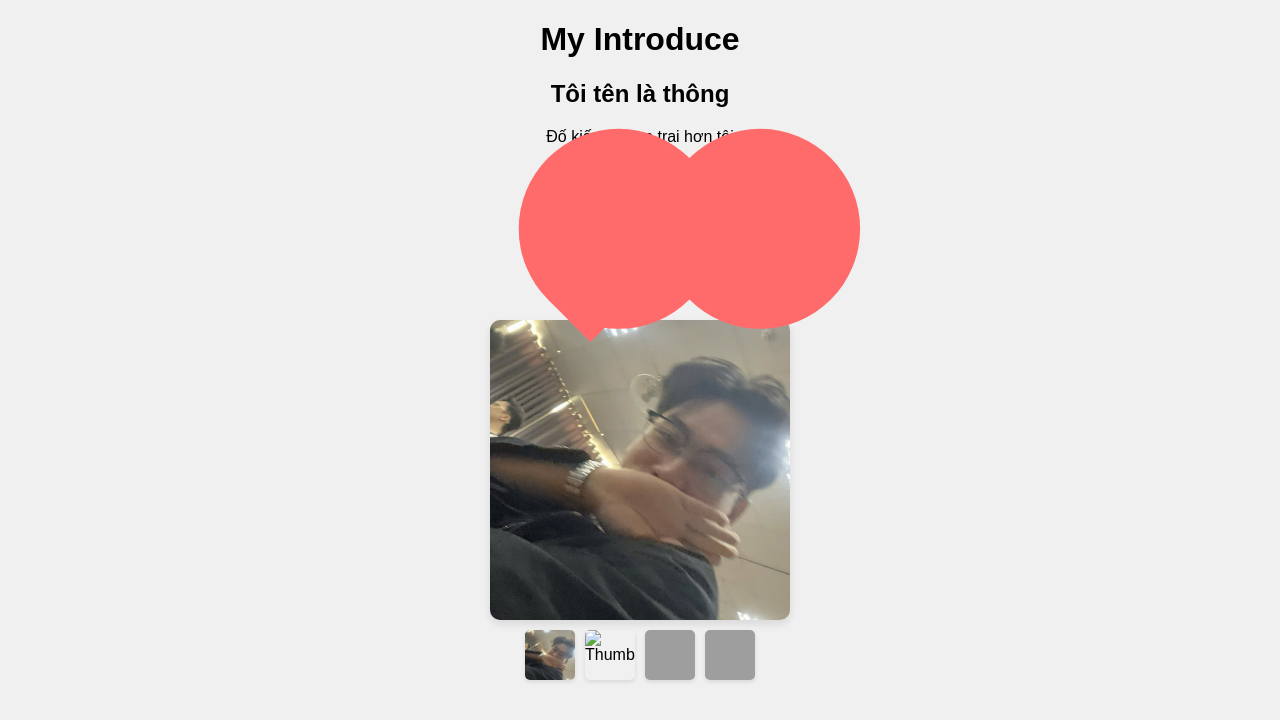
Repository: Thonghehe/profile
Page: index.html
The author's editor kept a copy of each file at every save. The page is drawn from the files as they stood at one save, then again after the next save.
The browser window is 1280 px wide. The pictures show the whole page.
Pictures or frames that could not be fetched are drawn as grey boxes.

Above is the page before, as saved 2024-11-15 13:45:41.
Not found: image2.jpg

After the next save:
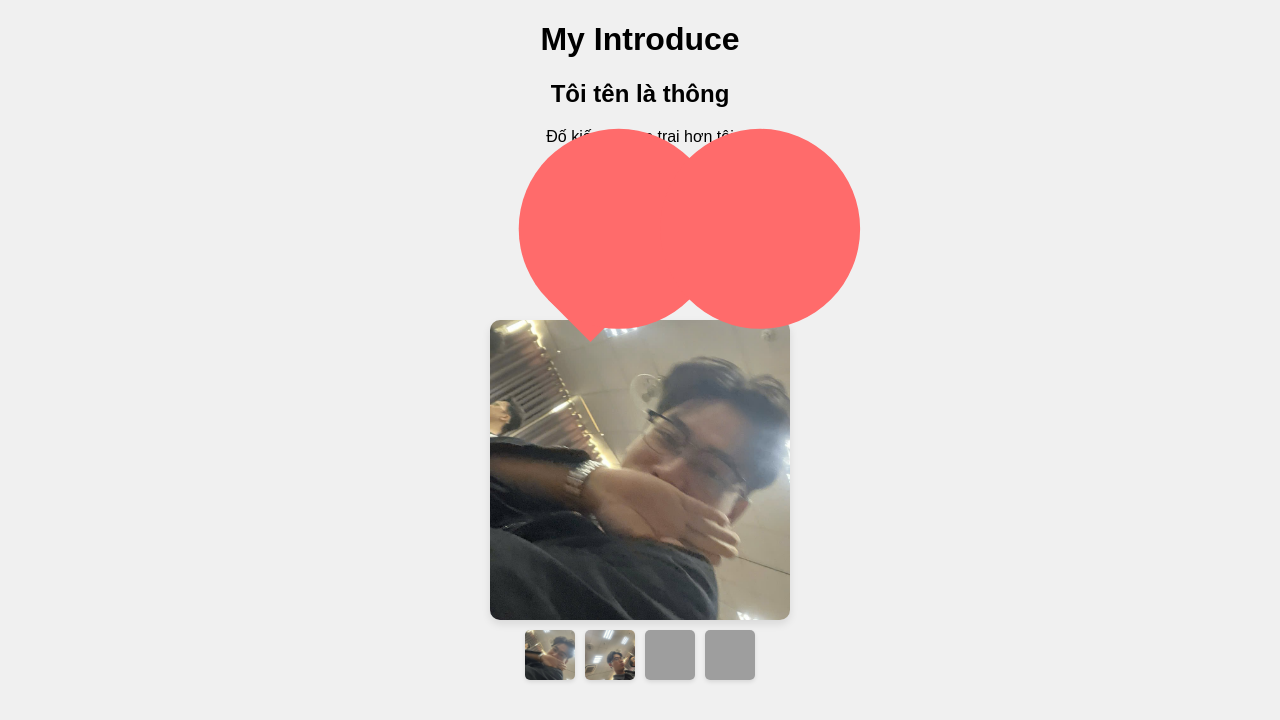
Saved 12 s later.
--- a/index.html
+++ b/index.html
@@ -22,7 +22,7 @@
         <script>
             const images = {
                 image1: './images/image1.png',
-                image2: 'image2.jpg',
+                image2: './images/image2.png',
                 image3: 'image3.jpg',
                 image4: 'image4.jpg'
             };
